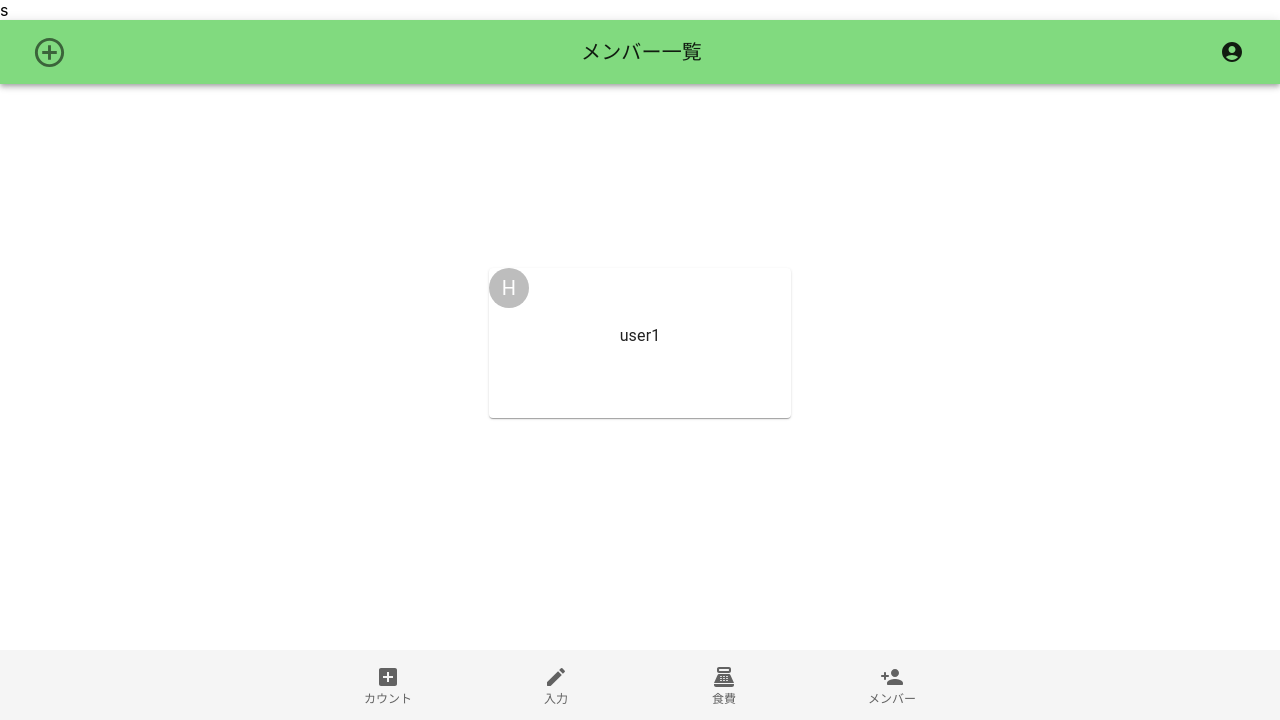
Repository: motohiro0410/motsufood
Page: /users (app in frontend/)
The author's editor kept a copy of each file at every save. The page is drawn from the files as they stood at one save, then again after the next save.
The browser window is 1280 px wide. The pictures show the whole page.
The page's requests for data from a server got no answer. The project was rebuilt for these pictures with package versions that can differ from the ones it lists, and the page was loaded fresh each time. No one was signed in, and anything a server would have sent is missing. Also part of the build but not shown: frontend/src/App.css, frontend/src/components/pages/Login.tsx, frontend/src/components/organisms/MainHeader.tsx, frontend/src/components/pages/Count.tsx, frontend/src/components/pages/Money.tsx, frontend/src/components/organisms/SignInHeader.tsx, frontend/src/components/pages/SignIn.tsx, frontend/src/components/pages/Page404.tsx and 1 more.

Above is the page before, as saved 2022-08-13 21:19:13.

### frontend/src/App.tsx
import './App.css';
import { BrowserRouter } from "react-router-dom";

import { Router } from "./router/Router";
import { ThemeProvider } from '@mui/system';
import { theme } from './theme/theme';

import { AdapterDateFns } from '@mui/x-date-pickers/AdapterDateFns';
import { LocalizationProvider } from '@mui/x-date-pickers/LocalizationProvider';
import { HeaderProvider } from "./providers/HeaderProvider"

function App() {
  return (
    <LocalizationProvider dateAdapter={AdapterDateFns}>
      <ThemeProvider theme={theme}>
        <HeaderProvider>
          <BrowserRouter>s
            <Router />
          </BrowserRouter>
        </HeaderProvider>
      </ThemeProvider>
    </LocalizationProvider>


  );
}

export default App;

### frontend/src/router/Router.tsx
import { FC, memo } from "react";
import { Switch, Route } from "react-router-dom";

import { Login } from "../components/pages/Login";
import { Count } from "../components/pages/Count";
import { Money } from "../components/pages/Money";
import { Users } from "../components/pages/Users";
import { SignIn } from "../components/pages/SignIn";
import { Page404 } from "../components/pages/Page404";

import { InputFoodExpence } from "../components/pages/InputFoodExpence";

export const Router: FC = memo(() => {
  return (
    <Switch>
      <Route exact path="/">
        <Login />
      </Route>
      <Route path="/signin">
        <SignIn />
      </Route>
      <Route path="/users/:userId/count">
        <Count />
      </Route>
      <Route path="/users/:userId/money">
        <Money />
      </Route>
      <Route path="/users">
        <Users />
      </Route>
      <Route path="/users/:userId/input">
        <InputFoodExpence />
      </Route>
      <Route path="*">
        <Page404 />
      </Route>
    </Switch>
  )
})

### frontend/src/theme/theme.ts
import { createTheme } from "@mui/material"

export const theme = createTheme({
  palette: {
    primary: {
      main: "#81da7f"
    }
  }
});

### frontend/src/providers/HeaderProvider.tsx
import { createContext } from "react";

export const HeaderContext = createContext<Context[]>({} as Context[]);

export type Context = {
  title: string;
}

export const HeaderProvider = (props: any) => {
  const { children } = props;
  const contextName: Context[] = [
    {title: "ホーム"},
    {title: "食費入力"},
    {title: "支払い"},
    {title: "ユーザー編集"},
  ]



  return (
    <HeaderContext.Provider value={contextName}>
      {children}
    </HeaderContext.Provider>
  )
}

### frontend/src/components/pages/Users.tsx
import { FC, memo, useState, useEffect } from "react";

import { GroupHeader } from "../organisms/GroupHeader";
import { Footer } from "../organisms/Footer";
import { Grid, Typography, Card, Stack, Avatar, CardContent } from "@mui/material"
import { UserDetailModal } from "../organisms/UserDetailModal";
import { fetchUsers } from "../../apis/users";

export const Users: FC = memo(() => {
    // モーダルの開閉
    const [open, setOpen] = useState(false);
    const handleOpen = () => setOpen(true);
    const handleClose = () => setOpen(false);

    useEffect(() => {
      fetchUsers()
      .then ((data) =>
        console.log(data)
      )
    })

  return (
    <>
      <GroupHeader  handleOpen={handleOpen} />
        <Grid container justifyContent="center" spacing={3} sx={{ mt: 20 }} wrap="wrap" >
            <Grid item xs={3} sm={3}>
              <Card sx={{ height: 150 }}>
                <Stack textAlign="center" direction="column">
                  <Avatar>H</Avatar>
                  <CardContent>
                    <Typography>
                      user1
                    </Typography>
                  </CardContent>
                </Stack>
              </Card>
            </Grid>
            {/* <Grid item xs={3} sm={3}>
              <Card sx={{ height: 150 }}>
                <Typography textAlign="center" sx={{ mt: 6 }}>
                  user2
                </Typography>
              </Card>
            </Grid>
            <Grid item xs={3} sm={3}>
              <Card sx={{ height: 150 }}>
                <Typography textAlign="center" sx={{ mt: 6 }}>
                  user3
                </Typography>
              </Card>
            </Grid> */}
          </Grid>
      <Footer />
      <UserDetailModal open={open} handleClose={handleClose} />
    </>

  )
})

### frontend/src/components/organisms/Footer.tsx
import React, { FC, memo } from "react";

import Box from '@mui/material/Box';
import BottomNavigation from '@mui/material/BottomNavigation';
import BottomNavigationAction from '@mui/material/BottomNavigationAction';
import AddBoxIcon from '@mui/icons-material/AddBox';
import ModeEditRoundedIcon from '@mui/icons-material/ModeEditRounded';
import PointOfSaleRoundedIcon from '@mui/icons-material/PointOfSaleRounded';
import PersonAddRoundedIcon from '@mui/icons-material/PersonAddRounded';
import { grey } from '@mui/material/colors';

export const Footer: FC = memo(() => {

  return (
    <Box sx={{ width: '100%', position: 'fixed', bottom: 0 }}
    >
      <BottomNavigation
        showLabels
        sx={{bgcolor: grey[100], height: 70 }}
      >
        <BottomNavigationAction href="/users/100/Count" label="カウント" icon={<AddBoxIcon />} />
        <BottomNavigationAction href="/users/100/input" label="入力" icon={<ModeEditRoundedIcon />} />
        <BottomNavigationAction href="/users/100/money" label="食費" icon={<PointOfSaleRoundedIcon />} />
        <BottomNavigationAction href="/users" label="メンバー" icon={<PersonAddRoundedIcon />} />
      </BottomNavigation>
    </Box>
  );
})

### frontend/src/components/organisms/UserDetailModal.tsx
import { FC, memo } from "react";

import { Stack, FormControl, FormLabel, Input } from "@mui/material";
import Box from '@mui/material/Box';
import Modal from '@mui/material/Modal';

type Props = {
  handleClose: () => void;
  open: boolean;
}

export const UserDetailModal: FC<Props> = memo((props) => {
  const { open, handleClose } = props;

  const style = {
    position: 'absolute' as 'absolute',
    top: '50%',
    left: '50%',
    transform: 'translate(-50%, -50%)',
    width: 500,
    bgcolor: 'background.paper',
    border: '2px solid #000',
    boxShadow: 24,
    p: 4,
  };

  return (
    <div>
    <Modal
      open={open}
      onClose={handleClose}
      aria-labelledby="modal-modal-title"
      aria-describedby="modal-modal-description"
    >
      <Box sx={style}>
        <Stack spacing={4}>
          <FormControl>
            <FormLabel>名前</FormLabel>
            <Input></Input>
          </FormControl>
          <FormControl>
            <FormLabel>email</FormLabel>
            <Input></Input>
          </FormControl>
          <FormControl>
            <FormLabel>password</FormLabel>
            <Input></Input>
          </FormControl>
        </Stack>
      </Box>
    </Modal>
  </div>
  )
})

### frontend/src/components/organisms/GroupHeader.tsx
import { FC, memo } from "react";

import AppBar from '@mui/material/AppBar';
import Box from '@mui/material/Box';
import Toolbar from '@mui/material/Toolbar';
import Typography from '@mui/material/Typography';
import AddCircleOutlineIcon from '@mui/icons-material/AddCircleOutline';
import IconBuuton from '@mui/material/IconButton';
import IconButton from '@mui/material/IconButton';
import AccountCircle from '@mui/icons-material/AccountCircle';

type Props = {
  handleOpen: () => void
}

export const GroupHeader: FC<Props> = memo((props) => {
  const { handleOpen } = props;

  return (
    <Box>
      <AppBar position="static"  >
        <Toolbar>
        <IconBuuton>
            <AddCircleOutlineIcon fontSize="large" />
          </IconBuuton>
          <Typography textAlign="center" variant="h6" component="div" sx={{ flexGrow: 1}}>
            メンバー一覧
          </Typography>
          <IconButton
              size="large"
              aria-label="account of current user"
              aria-controls="menu-appbar"
              aria-haspopup="true"
              color="inherit"
              onClick={handleOpen}
            >
              <AccountCircle  />
            </IconButton>
        </Toolbar>
      </AppBar>
    </Box>
  )
})

### frontend/src/apis/users.ts
import axios from 'axios';
import { usersIndex } from '../urls/Url'

export const fetchUsers = () => {
  return axios.get(usersIndex)
  .then(res => {
    return res.data
  })
  // 本来はバリデーションエラーメッセージなどを表示
  .catch((e) => console.error(e))
}

### frontend/src/urls/Url.ts
export const DEFAULT_API_LOCALHOST = 'http://localhost:3000/api/v1'

export const usersIndex = `${DEFAULT_API_LOCALHOST}/users`
export const moneyCreate = (userId: any) => `${DEFAULT_API_LOCALHOST}/users/${userId}/money`
export const notEatingCountCreate = (userId: any) => `${DEFAULT_API_LOCALHOST}/users/${userId}/count`
export const inputCreate = (userId: any) => `${DEFAULT_API_LOCALHOST}/users/${userId}/input`

Loaded but not shown: frontend/public/index.html (common file); frontend/src/index.tsx (common file); frontend/src/index.css (common file); frontend/src/reportWebVitals.ts (common file)

After the next save:
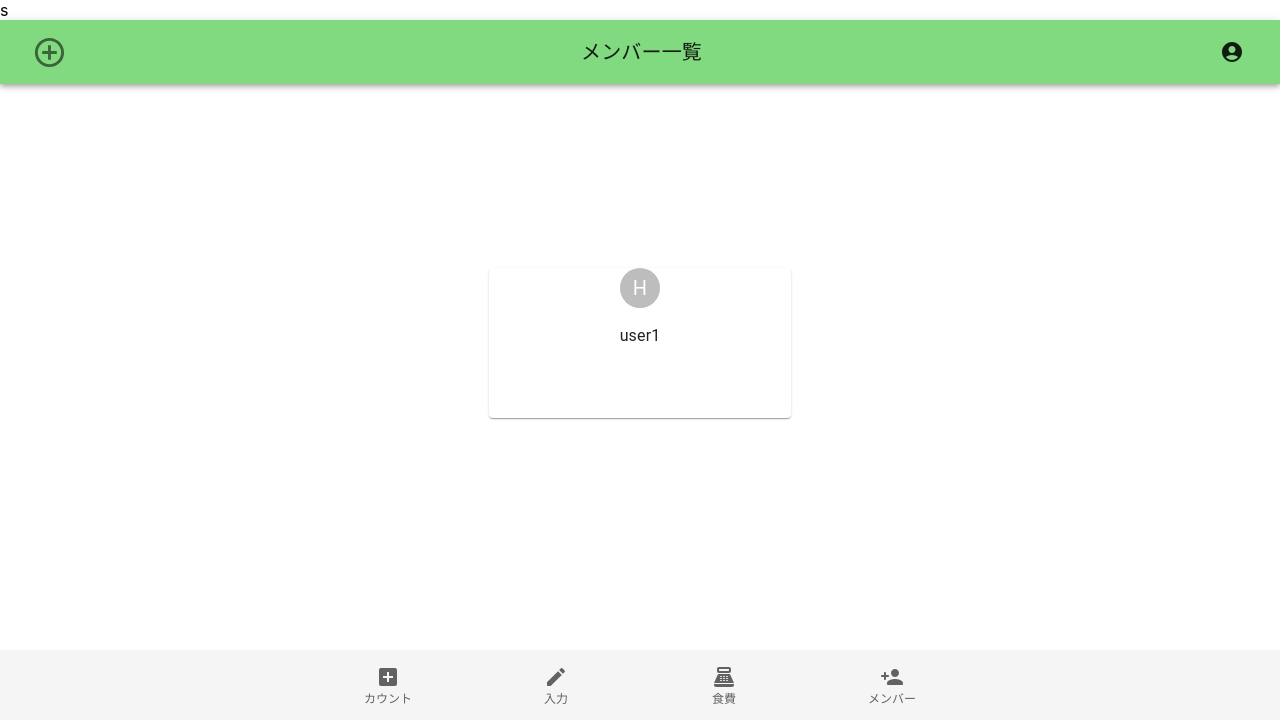
Saved 47 s later.
--- a/frontend/src/components/pages/Users.tsx
+++ b/frontend/src/components/pages/Users.tsx
@@ -25,7 +25,7 @@ export const Users: FC = memo(() => {
         <Grid container justifyContent="center" spacing={3} sx={{ mt: 20 }} wrap="wrap" >
             <Grid item xs={3} sm={3}>
               <Card sx={{ height: 150 }}>
-                <Stack textAlign="center" direction="column">
+                <Stack alignItems="center" direction="column">
                   <Avatar>H</Avatar>
                   <CardContent>
                     <Typography>
